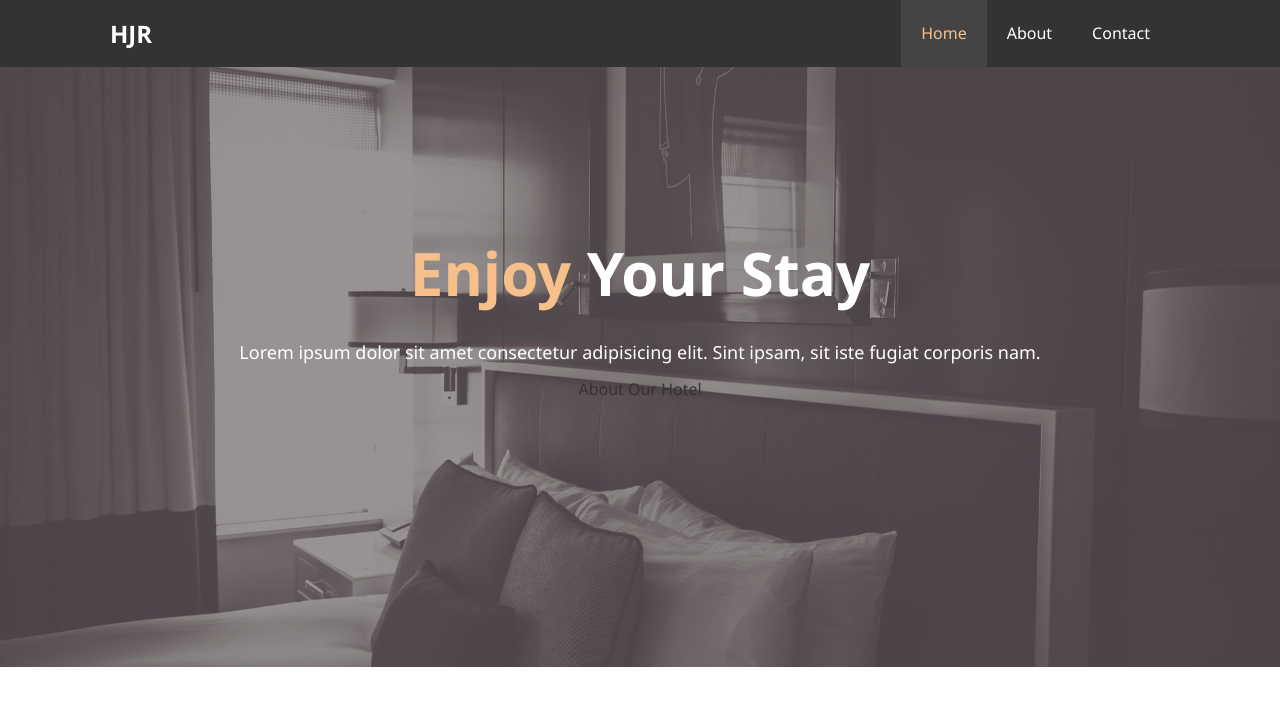
Repository: dimlutine/Hotel-Project
Page: index.html
The author's editor kept a copy of each file at every save. The page is drawn from the files as they stood at one save, then again after the next save.
The browser window is 1280 px wide. The pictures show the whole page.

Above is the page before, as saved 2019-07-05 21:53:52.

After the next save:
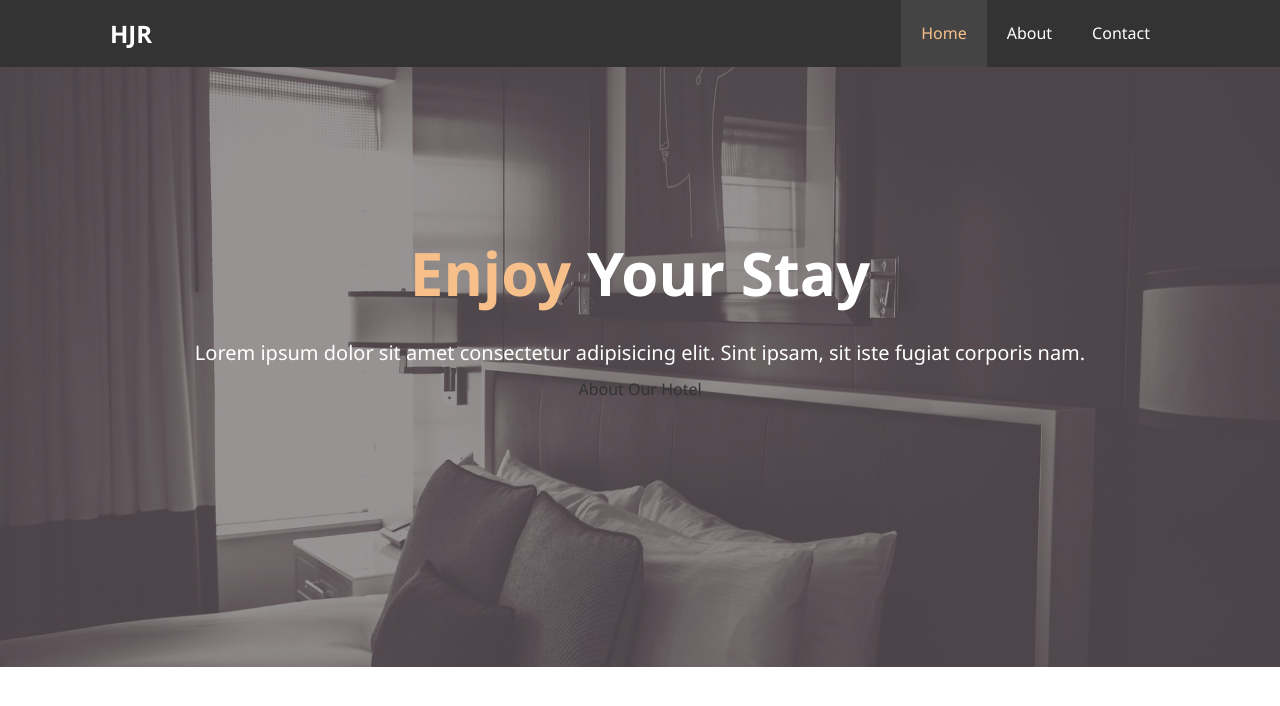
Saved 15 s later.
--- a/css/style.css
+++ b/css/style.css
@@ -37,7 +37,7 @@ p {
 }
 
 .lead {
-    font-size: 18px;
+    font-size: 20px;
 }
 
 #navbar {
